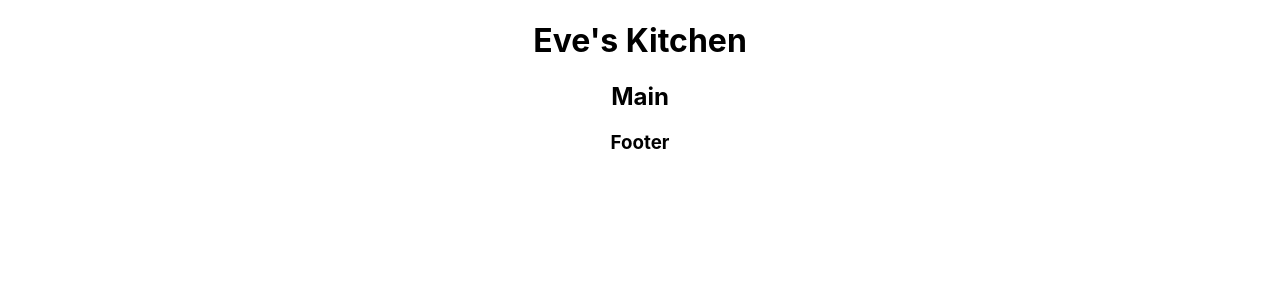
Repository: Mogakamo/react-essentials
Page: /
These files come from the project's save history. The page is drawn as it stood at one moment and after a run of saves; the edit follows.
The browser window is 1280 px wide. The pictures show the whole page.
The project was rebuilt for these pictures with package versions that can differ from the ones it lists, and the page was loaded fresh each time.

Above is the page before, as saved 2021-03-22 11:23:59.

After the next 5 saves:
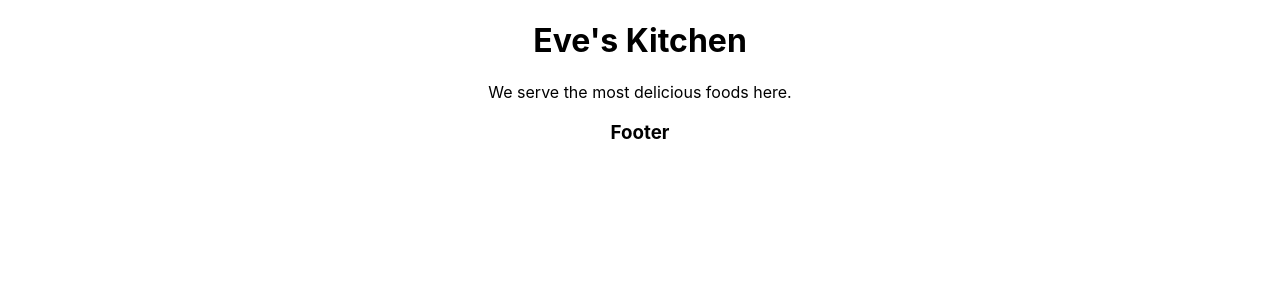
The 5 saves are shown as one change because they came seconds apart.
The last was saved 14 s later.
--- a/src/App.js
+++ b/src/App.js
@@ -18,7 +18,7 @@
   return (
     <div className="App">
       <Header />
-      <h2>Main</h2>
+      <Main />
       <h3>Footer</h3>
     </div>
   );
